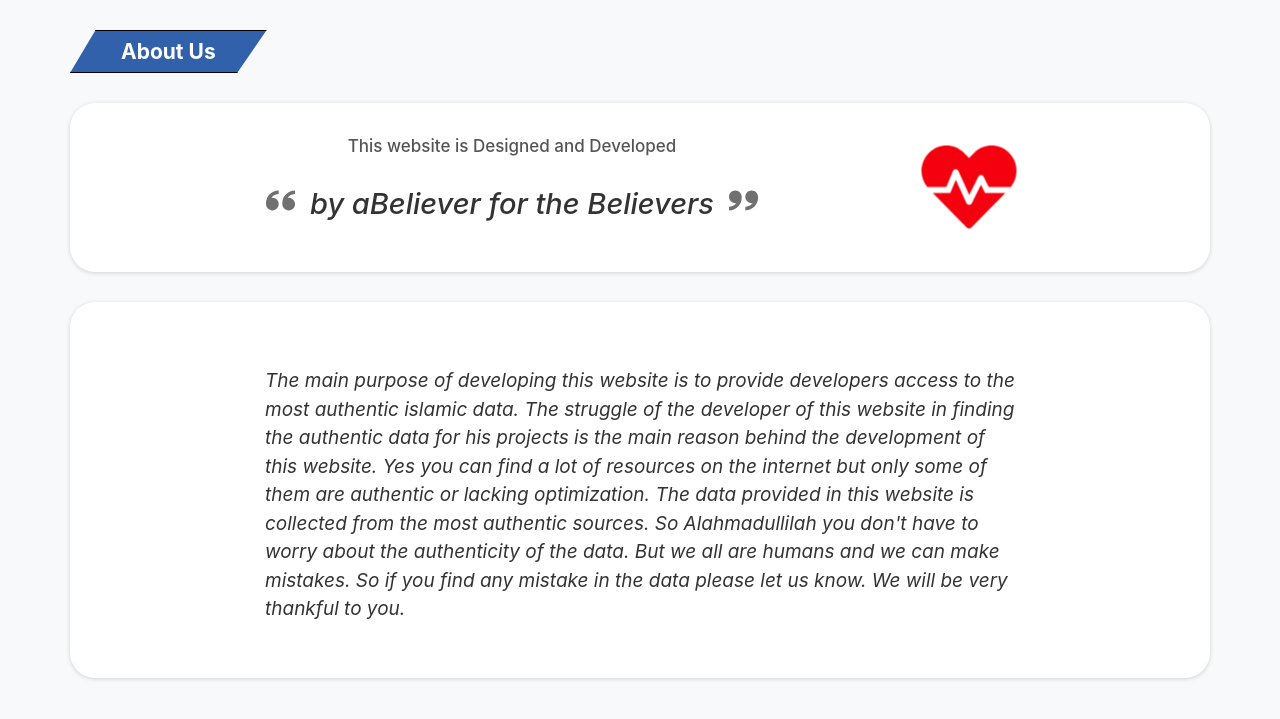
Repository: SpicierEwe/islamic-dev-repo
Page: /legal/about_us
These files come from the project's save history. The page is drawn as it stood at one moment and after the next save; the edit follows.
The browser window is 1280 px wide. The pictures show the whole page.
The project was rebuilt for these pictures with package versions that can differ from the ones it lists, and the page was loaded fresh each time. The framework's server and built-in components were replaced by stand-ins that run in the browser. Also part of the build but not shown: next.config.js.

Above is the page before, as saved 2022-09-16 17:38:28.

After the next save:
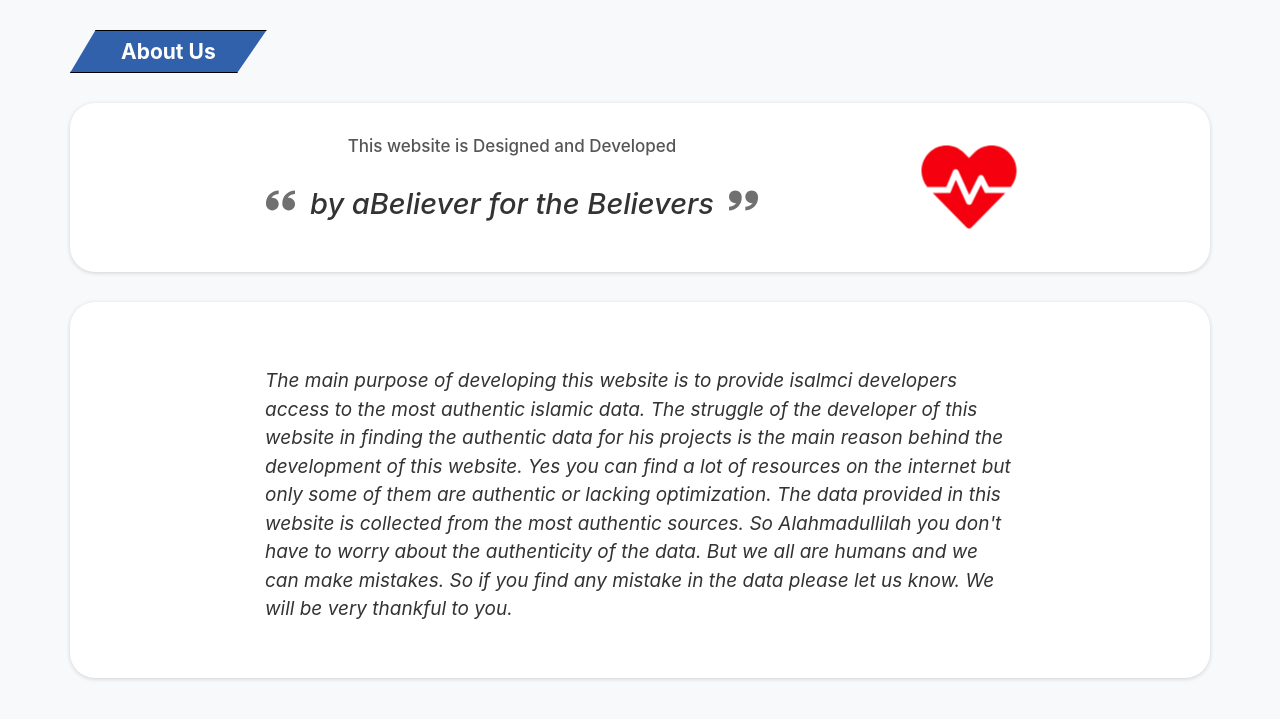
Saved 20 s later.
--- a/components/legal/about_us/about_us.js
+++ b/components/legal/about_us/about_us.js
@@ -24,9 +24,9 @@ export default function AboutUs(props) {
       </div>
       <div className={styles.container_development}>
         <p className={styles.summary}>
-          The main purpose of developing this website is to provide developers
-          access to the most authentic islamic data. The struggle of the
-          developer of this website in finding the authentic data for his
+          The main purpose of developing this website is to provide isalmci
+          developers access to the most authentic islamic data. The struggle of
+          the developer of this website in finding the authentic data for his
           projects is the main reason behind the development of this website.
           Yes you can find a lot of resources on the internet but only some of
           them are authentic or lacking optimization. The data provided in this
